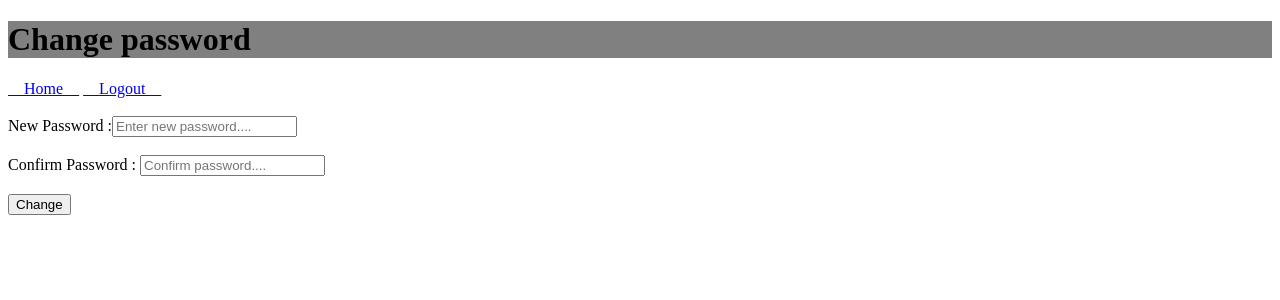
Repository: abhinavk718/servlet-project
Page: empwebapp/WebContent/changepassword.html
The author's editor kept a copy of each file at every save. The page is drawn from the files as they stood at one save, then again after the next save.
The browser window is 1280 px wide. The pictures show the whole page.

Above is the page before, as saved 2019-11-15 09:29:44.

### empwebapp/WebContent/changepassword.html
<!DOCTYPE html>
<html>
<head>
<meta charset="ISO-8859-1">
<title>Change password here</title>
</head>
<body>
<form action="" class="col-md-4 offset-4 mt-5 mb-5 card card-body" method="post">
    <h1 class="text-center" style="background-color: gray;">Change password</h1>
     <a href="#">&nbsp; &nbsp; Home &nbsp; &nbsp;</a>
    <a href="#">&nbsp; &nbsp; Logout &nbsp; &nbsp;</a><br>
    <br>
    <div class="formgroup">
        New Password :<input type="text" name="newpassword"class="form-control mb-1" placeholder="Enter new password....">
    </div>
    <br>
    <div class="formgroup">
       Confirm Password : <input type="text" name="confirmpassword" class="form-control mb-1" placeholder="Confirm password....">
    </div>
    <br>
    <div class="formgroup">
        <button type="submit" class="btn btn-primary float-right mb-1" >Change</button>
    </div>
</form>
</body>
</html>

After the next save:
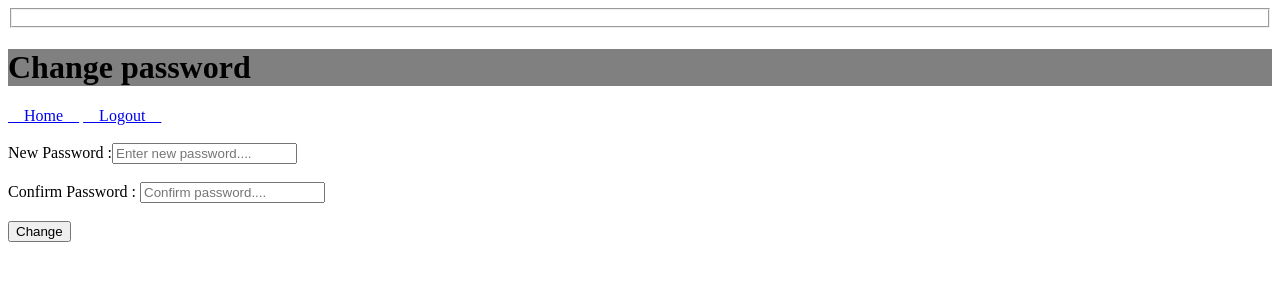
Saved 19 s later.
--- a/empwebapp/WebContent/changepassword.html
+++ b/empwebapp/WebContent/changepassword.html
@@ -5,6 +5,7 @@
 <title>Change password here</title>
 </head>
 <body>
+<fieldset></fieldset>
 <form action="" class="col-md-4 offset-4 mt-5 mb-5 card card-body" method="post">
     <h1 class="text-center" style="background-color: gray;">Change password</h1>
      <a href="#">&nbsp; &nbsp; Home &nbsp; &nbsp;</a>
@@ -22,5 +23,6 @@
         <button type="submit" class="btn btn-primary float-right mb-1" >Change</button>
     </div>
 </form>
+</fieldset>
 </body>
 </html>
